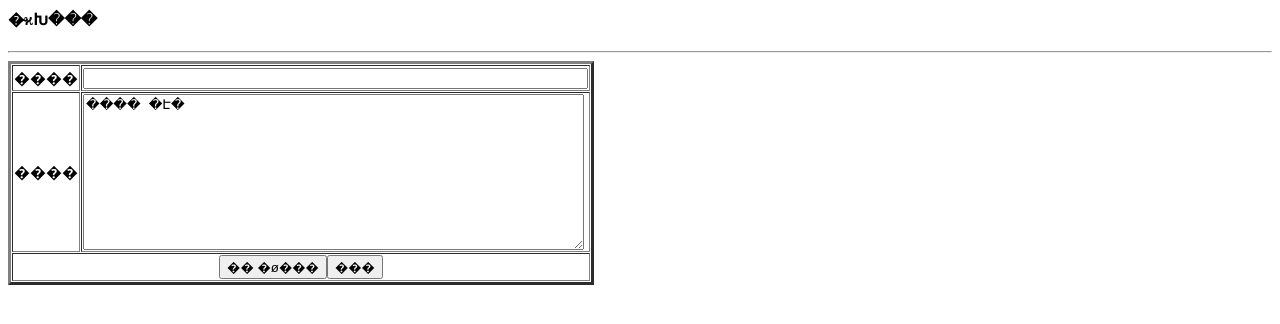
Repository: 2ujin/2018-PHP-afterschool
Page: http://localhost/CH06/ch06_05.php
The author's editor kept a copy of each file at every save. The page is drawn from the files as they stood at one save, then again after the next save.
The browser window is 1280 px wide. The pictures show the whole page.
The page is run by PHP 8.4 with error messages shown; the project is at /var/www/html/.

Above is the page before, as saved 2018-07-31 01:10:47.

After the next save:
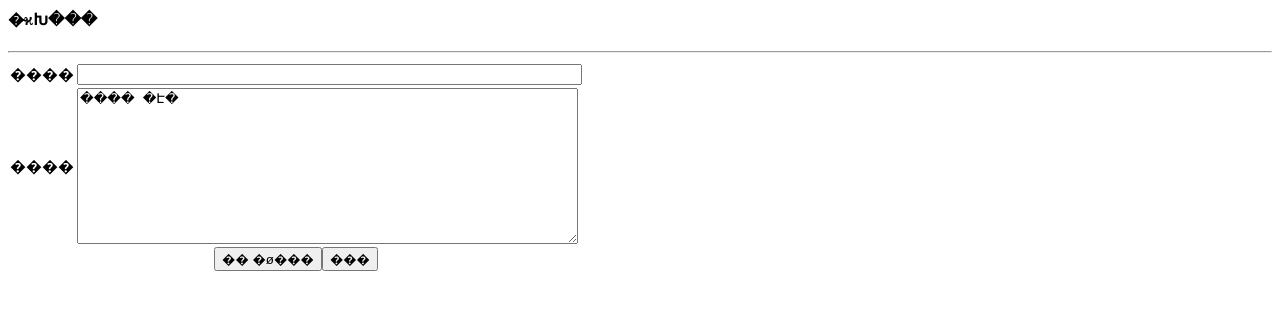
Saved 12 s later.
--- a/PHPStudy/CH06/ch06_05.php
+++ b/PHPStudy/CH06/ch06_05.php
@@ -1,6 +1,6 @@
 <html>
 <h4>미니게시판</h4><hr>
-<table border = "3" width = "60" cellspacing="1" cellpaddding="4">
+<table  width = "60" cellspacing="1" cellpaddding="4">
 <tr><td>제목</td><td><input type = text size = 60 id = title></input></td></tr>
 <tr><td valign = "middle">내용</td><td><textarea name = "content" cols = "60" rows = "10">내용 입력</textarea></td></tr>
 <tr><td colspan = "2" align="center"><input type = "submit" value = "글 올리기" id = "submit"><input type="submit" value = "취소" id = "cancel"></td></tr>
